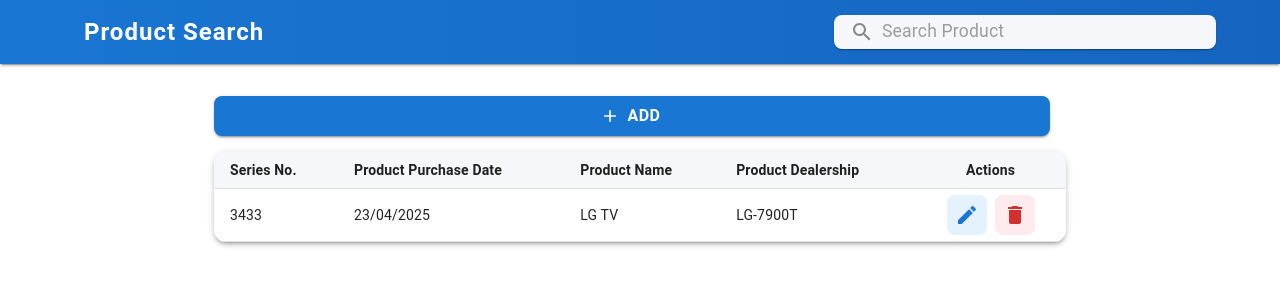
Repository: Sharathguru/Product_Task
Page: / (app in Frontend/)
These files come from the project's save history. The page is drawn as it stood at one moment and after a run of saves; the edit follows.
The browser window is 1280 px wide. The pictures show the whole page.
The project was rebuilt for these pictures with package versions that can differ from the ones it lists, and the page was loaded fresh each time. Requests to the local data server were answered from the project's data file. Also part of the build but not shown: Frontend/vite.config.js, Frontend/src/index.css, Frontend/src/Pages/product.js, Frontend/src/Pages/Insert.jsx, Frontend/src/Pages/Update.jsx, Frontend/src/Pages/Delete.jsx.

Above is the page before, as saved 2025-06-13 16:30:52.

After the next 4 saves:
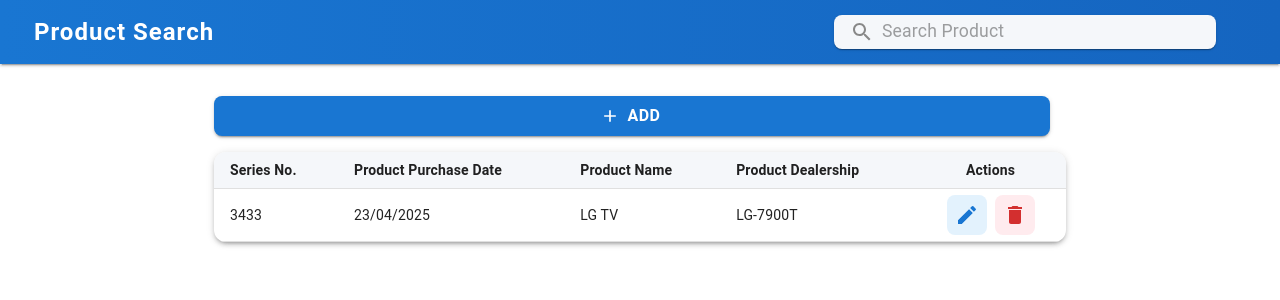
The 4 saves are shown as one change because they came seconds apart.
The last was saved 21 s later.
--- a/Frontend/src/Components/Navbar.jsx
+++ b/Frontend/src/Components/Navbar.jsx
@@ -38,7 +38,7 @@ const Navbar = ({ search, setSearch }) => {
               display: "flex",
               alignItems: "center",
               position: "relative",
-              left:"20px",
+              right:"30px",
               justifyContent: isMobile ? "center" : "flex-start",
               width: isMobile ? "100%" : "auto",
               mb: isMobile ? 1 : 0,
